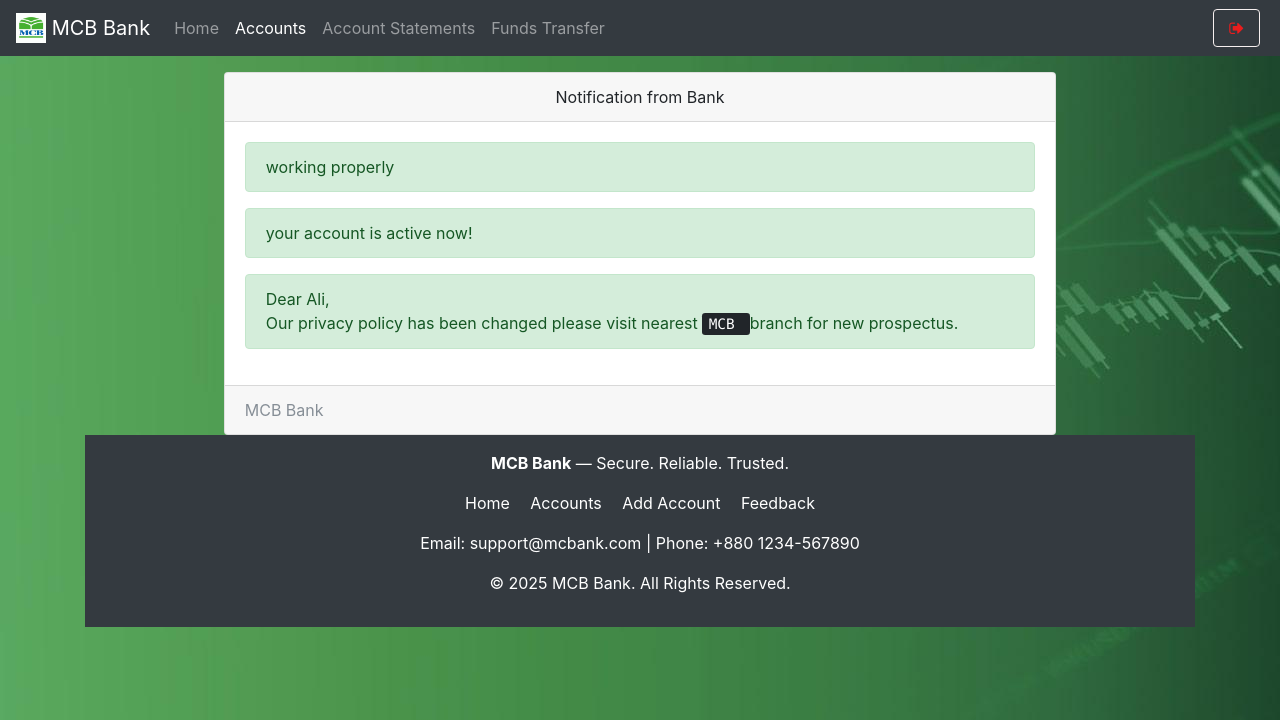
Repository: mhbshimla/my-bank
Page: http://localhost/notice.php
The author's editor kept a copy of each file at every save. The page is drawn from the files as they stood at one save, then again after the next save.
The browser window is 1280 px wide. The pictures show the whole page.
The page is run by PHP 8.4 with error messages shown; the project is at /var/www/html/. The session is filled in as if someone had signed in: {"userId": 2, "user": {"id": 2, "email": "some2@gmail.com", "name": "Ali khan", "balance": 56000, "nid": "3210375555343", "number": "03356910260", "city": "Islamabad", "address": "Some where in isb", "source": "Programmer", "accountNo": 10054777, "branch": 1, "accountType": "Saving", "date": "2017-12-14 04:50:06"}, "cashId": 2, "managerId": 2}. Other server files are loaded and not shown. The database holds what the project's SQL file puts in it.

Above is the page before, as saved 2025-10-13 21:49:36.

### notice.php
<?php
session_start();
if(!isset($_SESSION['userId'])){ header('location:login.php');}
?>
<!DOCTYPE html>
<html>
<head>
  <title>Banking</title>
  <?php require 'assets/autoloader.php'; ?>
  <?php require 'assets/db.php'; ?>
  <?php require 'assets/function.php'; ?>
</head>
<!-- <body style="background: url('images/mdashboard-bg.jpg') no-repeat center center; background-size: cover;"> -->
    <body class="min-h-screen bg-cover bg-center bg-no-repeat" style="background-image: url('images/mdashboard-bg.jpg');">
<nav class="navbar navbar-expand-lg navbar-dark bg-dark fixed-top">
 <a class="navbar-brand" href="#">
    <img src="images/logo.png" width="30" height="30" class="d-inline-block align-top" alt="">
   <!--  <i class="d-inline-block  fa fa-building fa-fw"></i> --><?php echo bankName; ?>
  </a>
  <button class="navbar-toggler" type="button" data-toggle="collapse" data-target="#navbarSupportedContent" aria-controls="navbarSupportedContent" aria-expanded="false" aria-label="Toggle navigation">
    <span class="navbar-toggler-icon"></span>
  </button>

  <div class="collapse navbar-collapse" id="navbarSupportedContent">
    <ul class="navbar-nav mr-auto">
      <li class="nav-item ">
        <a class="nav-link " href="index.php">Home <span class="sr-only">(current)</span></a>
      </li>
      <li class="nav-item active ">  <a class="nav-link" href="accounts.php">Accounts</a></li>
      <li class="nav-item ">  <a class="nav-link" href="statements.php">Account Statements</a></li>
      <li class="nav-item ">  <a class="nav-link" href="transfer.php">Funds Transfer</a></li>
      <!-- <li class="nav-item ">  <a class="nav-link" href="profile.php">Profile</a></li> -->


    </ul>
    <?php include 'sideButton.php'; ?>

  </div>
</nav><br><br><br>
<div class="container">
  <div class="card  w-75 mx-auto">
  <div class="card-header text-center">
    Notification from Bank
  </div>
  <div class="card-body">
    <?php
      $array = $con->query("select * from notice where userId = '$_SESSION[userId]' order by date desc");
      if ($array->num_rows > 0)
      {
        while ($row = $array->fetch_assoc())
        {
          echo "<div class='alert alert-success'>$row[notice]</div>";
        }
      }
      else
        echo "<div class='alert alert-info'>Notice box empty</div>";
     ?>
  </div>
  <div class="card-footer text-muted">
   <?php echo bankName ?>
  </div>
</div>
<footer class="bg-dark text-white text-center py-3">
  <div class="container">
    <p><strong>MCB Bank</strong> — Secure. Reliable. Trusted.</p>
    <p>
      <a href="mindex.php" class="text-white mx-2">Home</a>
      <a href="maccounts.php" class="text-white mx-2">Accounts</a>
      <a href="maddnew.php" class="text-white mx-2">Add Account</a>
      <a href="mfeedback.php" class="text-white mx-2">Feedback</a>
    </p>
    <p>Email: support@mcbank.com | Phone: +880 1234-567890</p>
    <p>&copy; <?php echo date("Y"); ?> MCB Bank. All Rights Reserved.</p>
  </div>
</footer>
</body>
</html>

### assets/autoloader.php

<link rel="stylesheet" type="text/css" href="css/bootstrap.min.css">
<link rel="stylesheet" type="text/css" href="css/custom.css">
<link rel="stylesheet" type="text/css" href="font-awesome/css/font-awesome.min.css">
<script src='js/jquery-3.2.1.min.js'></script>
<script src='js/popper.min.js'></script>
<script src='js/bootstrap.min.js'></script>

### assets/db.php
<?php
if (session_status() === PHP_SESSION_NONE) {
    session_start();
}

// ✅ Auto-switch between localhost and InfinityFree
if (in_array($_SERVER['SERVER_NAME'], ['localhost', '127.0.0.1'])) {
    // Localhost (XAMPP/WAMP)
    $con = new mysqli('localhost', 'root', '', 'mybank');
} else {
    // InfinityFree (Live Hosting)
    $con = new mysqli('sql100.infinityfree.com', 'if0_40476525', 'banK12345', 'if0_40476525_mybank');
}

// ✅ Connection check
if ($con->connect_error) {
    die("Database connection failed: " . $con->connect_error);
}

// ✅ Bank name constant
define('bankName', 'MCB Bank');

// ✅ Fetch user data safely if logged in
$userData = null;
if (isset($_SESSION['userId'])) {
    $stmt = $con->prepare("
        SELECT *
        FROM userAccounts
        JOIN branch ON userAccounts.branch = branch.branchId
        WHERE userAccounts.id = ?
    ");
    if ($stmt) {
        $stmt->bind_param("i", $_SESSION['userId']);
        $stmt->execute();
        $result   = $stmt->get_result();
        $userData = $result->fetch_assoc();
        $stmt->close();
    }
}
?>
<!-- Tooltip initialization -->
<script type="text/javascript">
$(function () {
  $('[data-toggle="tooltip"]').tooltip();
});
</script>

### assets/function.php
<?php
function setBalance($amount,$process,$accountNo)
{
	$con = new mysqli('localhost','root','','mybank');
	$array = $con->query("select * from userAccounts where accountNo='$accountNo'");
	$row = $array->fetch_assoc();
	if ($process == 'credit')
	{
		$balance = $row['balance'] + $amount;
		return $con->query("update userAccounts set balance = '$balance' where accountNo = '$accountNo'");
	}else
	{
		$balance = $row['balance'] - $amount;
		return $con->query("update userAccounts set balance = '$balance' where accountNo = '$accountNo'");
	}
}
function setOtherBalance($amount,$process,$accountNo)
{
	$con = new mysqli('localhost','root','','mybank');
	$array = $con->query("select * from otheraccounts where accountNo='$accountNo'");
	$row = $array->fetch_assoc();
	if ($process == 'credit')
	{
		$balance = $row['balance'] + $amount;
		return $con->query("update otheraccounts set balance = '$balance' where accountNo = '$accountNo'");
	}else
	{
		$balance = $row['balance'] - $amount;
		return $con->query("update otheraccounts set balance = '$balance' where accountNo = '$accountNo'");
	}
}
function makeTransaction($action,$amount,$other)
{
	$con = new mysqli('localhost','root','','mybank');
	if ($action == 'transfer')
	{
		return $con->query("insert into transaction (action,debit,other,userId) values ('transfer','$amount','$other','$_SESSION[userId]')");
	}
	if ($action == 'withdraw')
	{
		return $con->query("insert into transaction (action,debit,other,userId) values ('withdraw','$amount','$other','$_SESSION[userId]')");

	}
	if ($action == 'deposit')
	{
		return $con->query("insert into transaction (action,credit,other,userId) values ('deposit','$amount','$other','$_SESSION[userId]')");

	}
}
function makeTransactionCashier($action,$amount,$other,$userId)
{
	$con = new mysqli('localhost','root','','mybank');
	if ($action == 'transfer')
	{
		return $con->query("insert into transaction (action,debit,other,userId) values ('transfer','$amount','$other','$userId')");
	}
	if ($action == 'withdraw')
	{
		return $con->query("insert into transaction (action,debit,other,userId) values ('withdraw','$amount','$other','$userId')");

	}
	if ($action == 'deposit')
	{
		return $con->query("insert into transaction (action,credit,other,userId) values ('deposit','$amount','$other','$userId')");

	}
}
 ?>

### sideButton.php
<form class="form-inline my-2 my-lg-0">
        <!-- <a href="" class="btn btn-outline-success" data-toggle="tooltip" title="Your current Account Balance">Acount Balance : Rs.<?php echo $userData['balance']; ?></a>
        <a href="accounts.php" data-toggle="tooltip" title="Account Summary" class="btn btn-outline-primary mx-1" ><i class="fa fa-book fa-fw"></i></a>
        <a href="notice.php" data-toggle="tooltip" title="View Notice" class="btn btn-outline-primary mx-1" ><i class="fa fa-envelope fa-fw"></i></a>
        <a href="feedback.php" data-toggle="tooltip" title="Help?" class="btn btn-outline-info mx-1" ><i class="fa fa-question fa-fw"></i></a>-->
        <a href="logout.php" data-toggle="tooltip" title="Logout" class="btn btn-outline-danger mx-1" ><i class="fa fa-sign-out fa-fw"></i></a>
        <style>
.btn-outline-danger {
  color: #e91d1dff;
  border-color: #f6efefff;
  transition: all 0.3s ease;
}

.btn-outline-danger:hover {
  background-color: #e91d1dff;
  color: white;
  box-shadow: 0 0 10px rgba(96, 105, 26, 0.6);
}
</style>

</form>

### css/custom.css
.omit1{background: rgba(0,0,0,0.1);}
.omit2{background: rgba(0,0,0,0.2);}
.omit3{background: rgba(0,0,0,0.3);}
.omit4{background: rgba(0,0,0,0.4);}
.omit5{background: rgba(0,0,0,0.5);}
.omit6{background: rgba(0,0,0,0.6);}
.omit7{background: rgba(0,0,0,0.7);}
.omit8{background: rgba(0,0,0,0.8);}
.omit9{background: rgba(0,0,0,0.9);}

.shadowBlack{box-shadow: 2px 2px 11px black}
.shadowGreen{box-shadow: 2px 2px 11px green}
.shadowBlue{box-shadow: 2px 2px 11px blue}
.shadowWhite{box-shadow: 2px 2px 11px white}

### Database/mybank (1).sql (the tables this page reads)
CREATE TABLE `branch` (
  `branchId` int(11) NOT NULL,
  `branchNo` varchar(111) NOT NULL,
  `branchName` varchar(111) NOT NULL
) ENGINE=InnoDB DEFAULT CHARSET=latin1 COLLATE=latin1_swedish_ci;

INSERT INTO `branch` (`branchId`, `branchNo`, `branchName`) VALUES
(1, '100101', 'Dhaka'),
(2, '100102', 'Sylhet');

ALTER TABLE `branch`
  ADD PRIMARY KEY (`branchId`);

ALTER TABLE `branch`
  MODIFY `branchId` int(11) NOT NULL AUTO_INCREMENT, AUTO_INCREMENT=3;

CREATE TABLE `notice` (
  `id` int(11) NOT NULL,
  `userId` varchar(111) NOT NULL,
  `notice` text NOT NULL,
  `date` timestamp NOT NULL DEFAULT current_timestamp()
) ENGINE=InnoDB DEFAULT CHARSET=latin1 COLLATE=latin1_swedish_ci;

INSERT INTO `notice` (`id`, `userId`, `notice`, `date`) VALUES
(1, '1', 'Dear Customer! <br> OUr privacy policy is changed for account information get new prospectus from your nearest branch', '2017-12-14 13:11:46'),
(6, '2', 'Dear Ali,<br>\r\nOur privacy policy has been changed please visit nearest <kbd> MCB </kbd> branch for new prospectus.', '2017-12-16 06:29:23'),
(7, '8', 'you account created successfully!', '2025-08-17 15:57:42'),
(8, '9', 'your account created successfully!', '2025-08-17 16:00:32'),
(9, '6', 'hey your account in safe!', '2025-10-13 14:19:19'),
(10, '11', 'your account has been created successfully!', '2025-10-13 14:25:32'),
(11, '12', 'thanks for your patience', '2025-10-14 04:37:35'),
(12, '2', 'your account is active now!', '2025-10-19 07:40:42'),
(13, '10', 'can you get my message', '2025-10-27 17:14:26'),
(14, '2', 'working properly', '2025-10-27 17:15:58'),
(15, '13', 'Your account has been created successfully! Thanks for your patience. Wish you a happy and safe banking!', '2025-11-08 14:30:00'),
(16, '13', 'Happy Banking!', '2025-11-17 14:48:58');

ALTER TABLE `notice`
  ADD PRIMARY KEY (`id`);

ALTER TABLE `notice`
  MODIFY `id` int(11) NOT NULL AUTO_INCREMENT, AUTO_INCREMENT=17;

CREATE TABLE `useraccounts` (
  `id` int(11) NOT NULL,
  `email` text NOT NULL,
  `password` text NOT NULL,
  `name` varchar(111) NOT NULL,
  `balance` varchar(111) NOT NULL,
  `nid` varchar(111) NOT NULL,
  `number` varchar(111) NOT NULL,
  `city` varchar(111) NOT NULL,
  `address` varchar(111) NOT NULL,
  `source` varchar(111) NOT NULL,
  `accountNo` varchar(111) NOT NULL,
  `branch` varchar(111) NOT NULL,
  `accountType` varchar(111) NOT NULL,
  `date` timestamp NOT NULL DEFAULT current_timestamp()
) ENGINE=InnoDB DEFAULT CHARSET=latin1 COLLATE=latin1_swedish_ci;

INSERT INTO `useraccounts` (`id`, `email`, `password`, `name`, `balance`, `nid`, `number`, `city`, `address`, `source`, `accountNo`, `branch`, `accountType`, `date`) VALUES
(2, 'some2@gmail.com', 'some2', 'Ali khan', '56000', '3210375555343', '03356910260', 'Islamabad', 'Some where in isb', 'Programmer', '10054777', '1', 'Saving', '2017-12-14 04:50:06'),
(6, 'realx4rd@gmail.com', 'afsdfasd', 'Fayyaz Khan', '234234', '3240338834902', '03356910260', 'Taunsa', 'Dera Ghazi Khan', 'Govt. job', '1513410739', '1', 'saving', '2017-12-16 07:52:40'),
(7, 'realx4rd@gmail.com', 'safsadf', 'Fayyaz Khan', '12121', '3240338834902', '03356910260', 'Taunsa', 'Dera Ghazi Khan', 'Govt. job', '1513410837', '1', 'current', '2017-12-16 07:54:18'),
(8, 'uracc@gmail.com', 'uracc', 'uracc', '500', '1', '01890040951', 'sylhet', 'south surma,sylhet', 'business', '1755446085', '1', 'current', '2025-08-17 15:56:42'),
(10, 'sjahan@gmail.com', 'sjahan', 'shuborna', '9993565', '1', '01562536474', 'dhaka', 'north south surma', 'business', '1757345500', '2', 'saving', '2025-09-08 15:35:00'),
(11, 'ayana10@gmail.com', 'ayana10', 'Ayana Hussain', '13000000', '205364253', '01853462422', 'sylhet', 'south surma,sylhet', 'business', '1760365343', '2', 'saving', '2025-10-13 14:24:20'),
(12, 'shimla09@gmail.com', 'shimla09', 'shimla', '14390244', '4235345666', '01853524345', 'sylhet', 'south surma,sylhet', 'job', '1760416459', '1', 'current', '2025-10-14 04:36:47'),
(13, 'arib05@gmail.com', 'arib05', 'arib', '2476544', '1234414302', '01804414302', 'Sylhet', 'South Surma, Sylhet-3100', 'business', '1762611572', '2', 'saving', '2025-11-08 14:22:38');

ALTER TABLE `useraccounts`
  ADD PRIMARY KEY (`id`);

ALTER TABLE `useraccounts`
  MODIFY `id` int(11) NOT NULL AUTO_INCREMENT, AUTO_INCREMENT=14;

Loaded but not shown: css/bootstrap.min.css (library); font-awesome/css/font-awesome.min.css (library); js/jquery-3.2.1.min.js (library); js/popper.min.js (library); js/bootstrap.min.js (library)

After the next save:
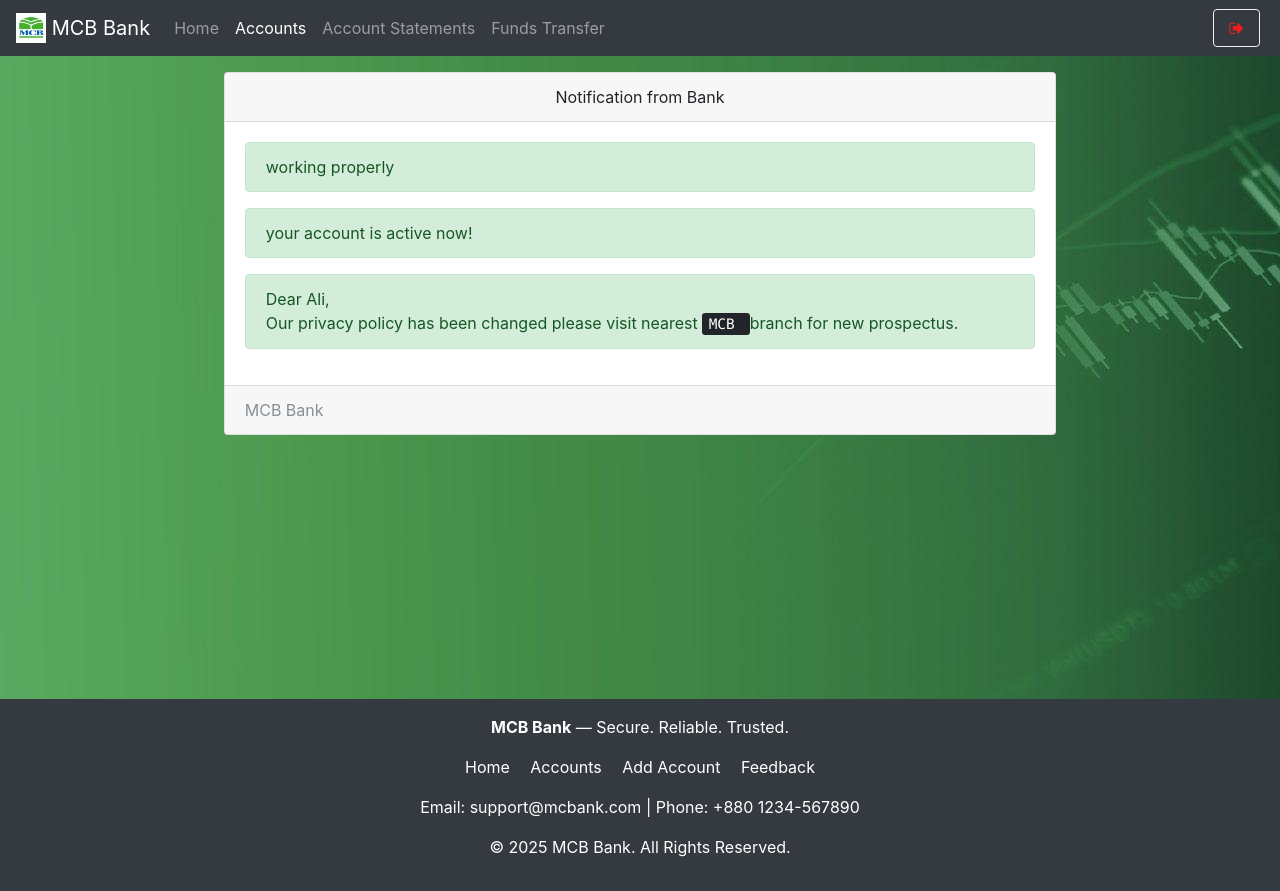
Saved 51 s later.
--- a/notice.php
+++ b/notice.php
@@ -60,7 +60,9 @@
    <?php echo bankName ?>
   </div>
 </div>
-<footer class="bg-dark text-white text-center py-3">
+</div> <br> <br> <br> <br> <br> <br> <br> <br> <br>
+
+<footer class="bg-dark text-white text-center py-3 mt-5 mb-0">
   <div class="container">
     <p><strong>MCB Bank</strong> — Secure. Reliable. Trusted.</p>
     <p>
